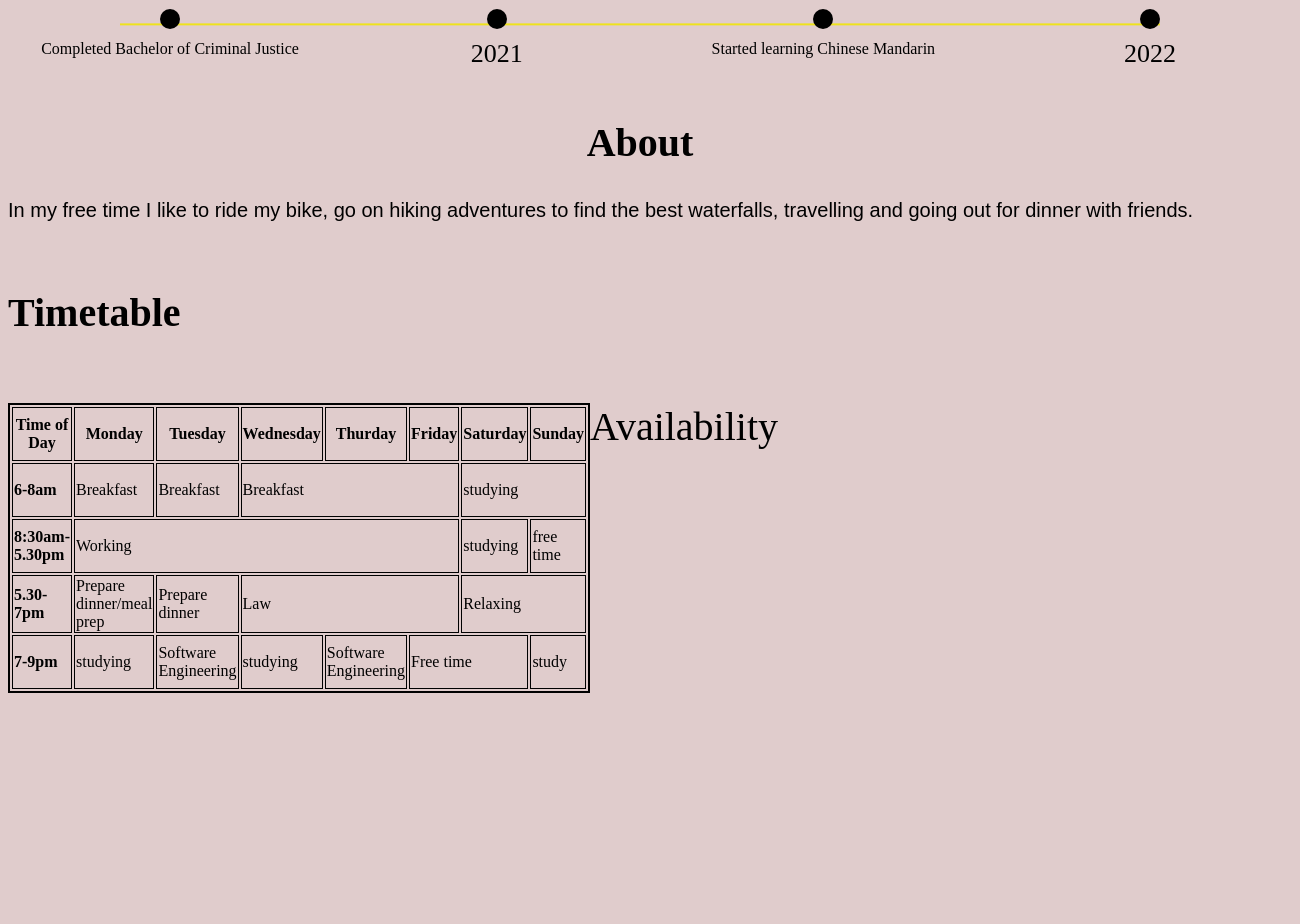
Repository: alicjasapieja/example-repository
Page: my-first-website/index.html
These files come from the project's save history. The page is drawn as it stood at one moment and after the next save; the edit follows.
The browser window is 1280 px wide. The page is 1300 px wide, so the pictures cover 1300 px, including what lies to the right of the window. The pictures show the part of the page from y = 551 to 1475 px (the page is 2543 px tall before and 2610 px after).

Above is the page before, as saved 2022-05-15 11:53:55.

After the next save:
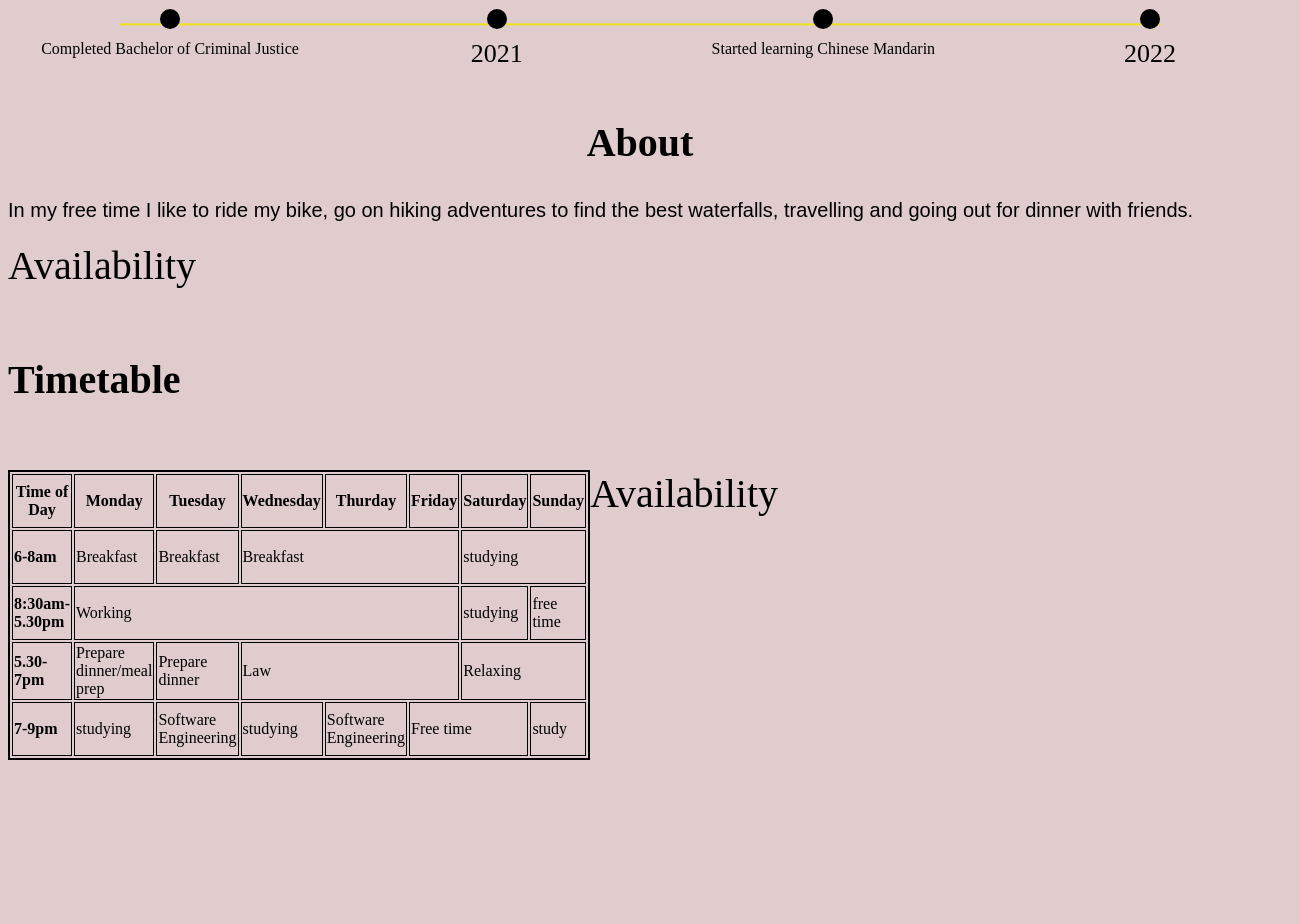
Saved 25 s later.
--- a/my-first-website/index.html
+++ b/my-first-website/index.html
@@ -60,7 +60,7 @@
 }
 
           </style>
-
+ <h8>Availability</h8>
           <table>
             <tr>
                 <th style="width: 12.5%">Time of Day</th>

After the save that followed:
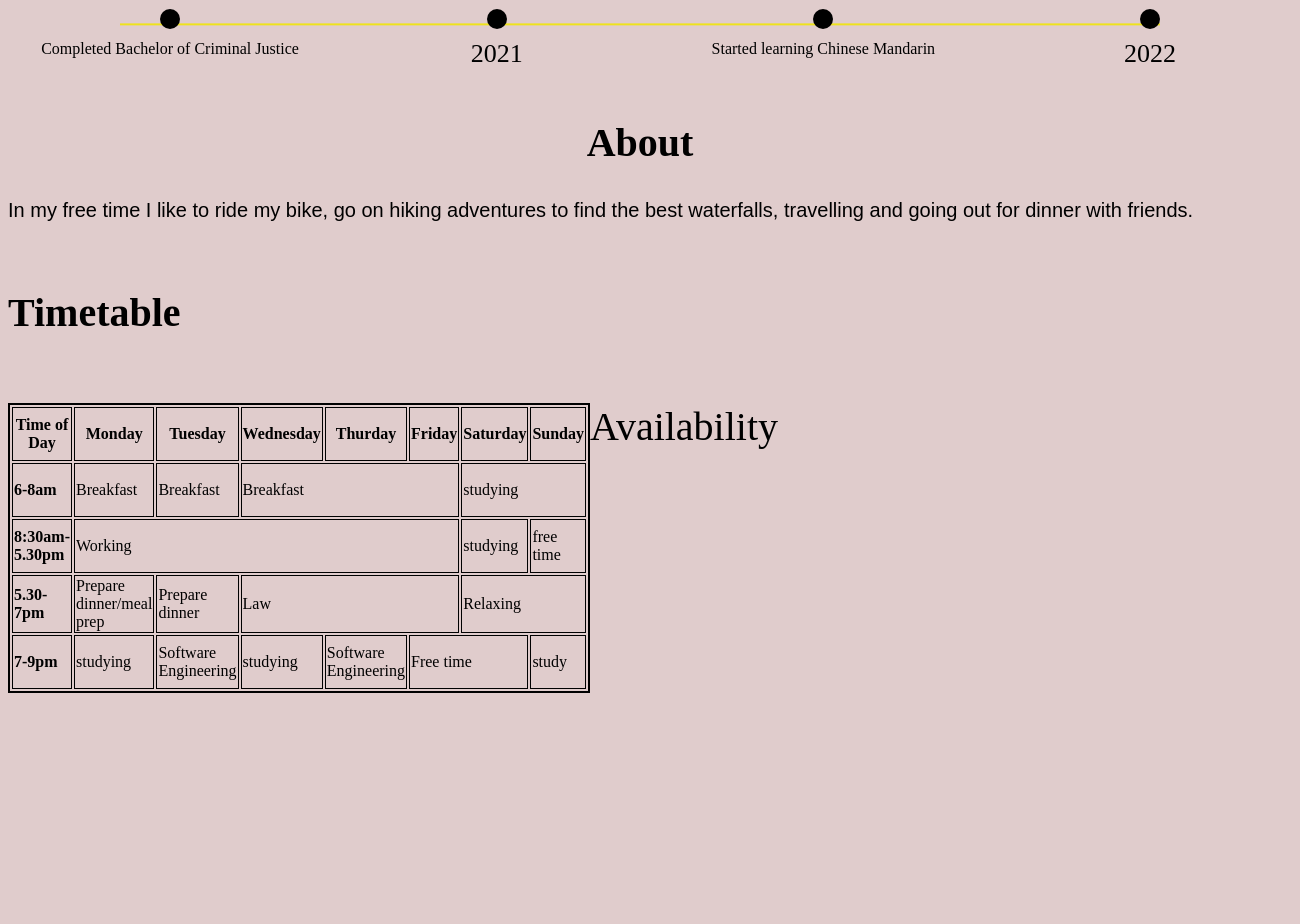
Saved 22 s later.
--- a/my-first-website/index.html
+++ b/my-first-website/index.html
@@ -60,7 +60,6 @@
 }
 
           </style>
- <h8>Availability</h8>
           <table>
             <tr>
                 <th style="width: 12.5%">Time of Day</th>
